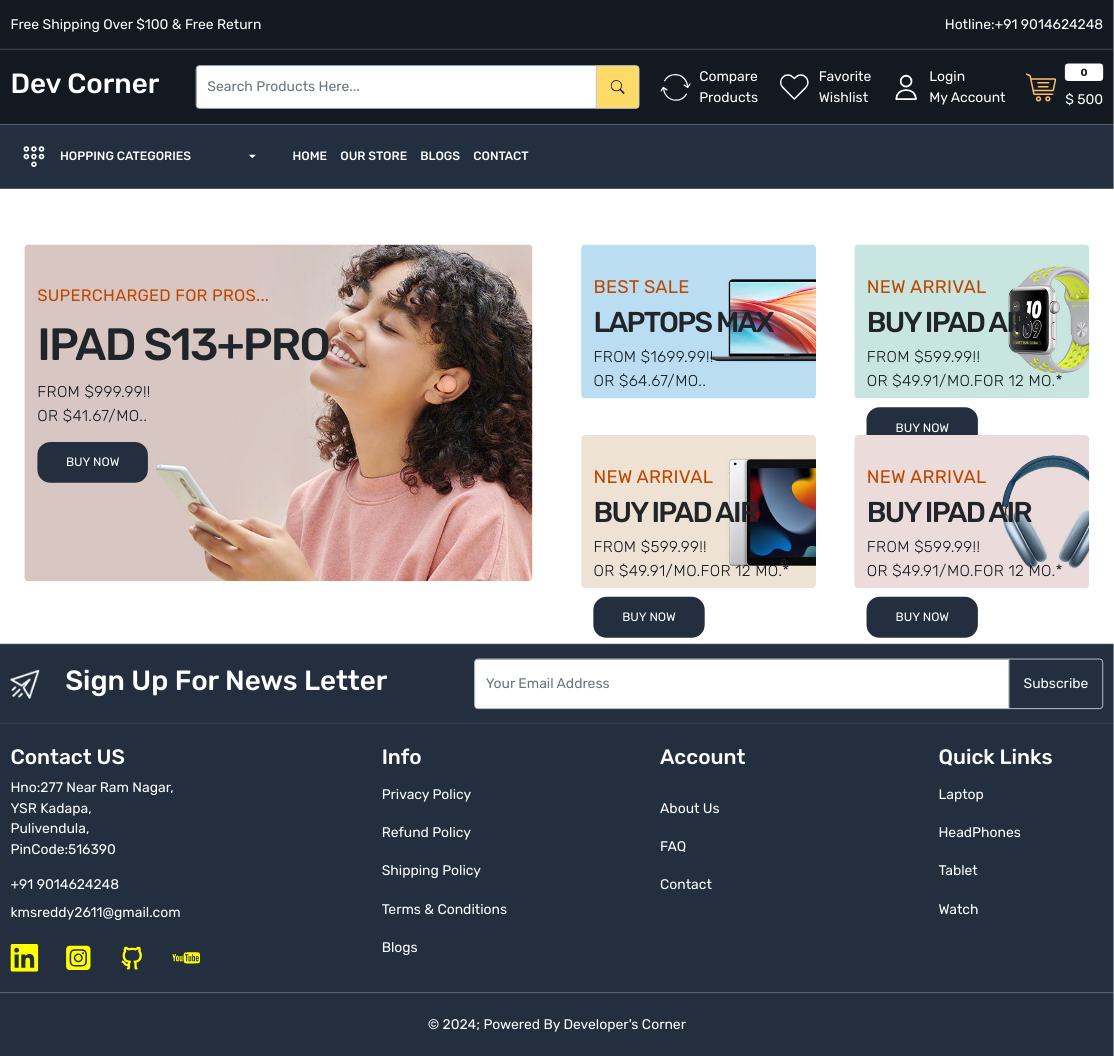
Repository: maniheist/ecommerce-app
Page: /
These files come from the project's save history. The page is drawn as it stood at one moment and after the next save; the edit follows.
The browser window is 1280 px wide. The pictures show the whole page, at 87% of full size.
The project was rebuilt for these pictures with package versions that can differ from the ones it lists, and the page was loaded fresh each time. Also part of the build but not shown: src/pages/About.js, src/pages/Contact.js.

Above is the page before, as saved 2024-02-18 18:59:19.

### public/index.html
<!DOCTYPE html>
<html lang="en">
  <head>
    <meta charset="utf-8" />
    <link rel="icon" href="%PUBLIC_URL%/favicon.ico" />
    <meta name="viewport" content="width=device-width, initial-scale=1" />
    <meta name="theme-color" content="#000000" />
    <meta
      name="description"
      content="Web site created using create-react-app"
    />
    <link rel="apple-touch-icon" href="%PUBLIC_URL%/logo192.png" />

    <link rel="preconnect" href="https://fonts.googleapis.com" />
    <link rel="preconnect" href="https://fonts.gstatic.com" crossorigin />
    <link
      href="https://fonts.googleapis.com/css2?family=Rubik:ital,wght@0,300..900;1,300..900&display=swap"
      rel="stylesheet"
    />
    <link
      href="https://cdn.jsdelivr.net/npm/bootstrap@5.0.2/dist/css/bootstrap.min.css"
      rel="stylesheet"
      integrity="sha384-EVSTQN3/azprG1Anm3QDgpJLIm9Nao0Yz1ztcQTwFspd3yD65VohhpuuCOmLASjC"
      crossorigin="anonymous"
    />
    <link rel="manifest" href="%PUBLIC_URL%/manifest.json" />

    <title>React Redux App</title>
  </head>
  <body>
    <noscript>You need to enable JavaScript to run this app.</noscript>
    <div id="root"></div>
    <script
      src="https://cdn.jsdelivr.net/npm/bootstrap@5.0.2/dist/js/bootstrap.bundle.min.js"
      integrity="sha384-MrcW6ZMFYlzcLA8Nl+NtUVF0sA7MsXsP1UyJoMp4YLEuNSfAP+JcXn/tWtIaxVXM"
      crossorigin="anonymous"
    ></script>
  </body>
</html>

### src/index.js
import React from 'react';
import { createRoot } from 'react-dom/client';

import App from './App';

const container = document.getElementById('root');
const root = createRoot(container);

root.render(

      <App />

);

### src/App.js
import React from 'react';
import './App.css';
import {BrowserRouter,Routes,Route} from "react-router-dom";
import Layout from "./components/Layout";
import Home from "./pages/Home"
import About from "./pages/About"
import Contact from "./pages/Contact"

function App() {
  return (
    <>
      <BrowserRouter>
        <Routes>
        <Route path="/" element={<Layout />}>
<Route index element={<Home />} />
<Route path="about" element={<About />}/>
<Route path="contact" element={<Contact />}/>


        </Route>

        </Routes>
      </BrowserRouter>
    </>

  );
}

export default App;

### src/App.css
*{
  margin:0;
  padding:0;
  box-sizing:border-box;
}
:root{
  --color-131921:#131921;
  --color-3b4149:#3b4149;
--color-febd69:#fedb69;
--color-232f3e:#232f3e;
--color-bf4800:#bf4800;

}

.button{
  background-color:var(--color-232f3e) ;
  color: white;
  padding: 13px 33px;
  font-size: 14px;
  border-radius: 15px;
}
.button:hover{
  background-color: var(--color-febd69);
  color:#131921
}
body {
  font-family:"Rubik", sans-serif;
}
a {
  text-decoration:none;
  display:inline-block;
}

.form-control:focus{
  box-shadow:none;
  border-color: inherit;
}

/*header part*/
.header-top-strip{
  border-bottom: 1px solid var(--color-3b4149);
  background-color:var(--color-131921) ;
}

.header-upper{
  background-color: var(--color-131921);
}

.header-bottom{
  background-color: var(--color-232f3e);
}

.header-upper .input-group-text{
  background-color: var(--color-febd69);
}

.header-upper.header-upper-links img{
  width:35px;
  height: 35px;
}

.gap-10{
  gap: 10px;
}

.gap-15{
  gap: 15px;
}

.gap-30{
  gap: 30px;
}
.header-bottom .menu-links a,
.header-bottom .dropdown button
{
  color: white;
  font-size: 14px;
  line-height: 18px;
  font-weight: 480;
  letter-spacing:0.3;
  text-transform: uppercase;
}

.header-bottom .dropdown button:focus{
  box-shadow: none;
}

.header-bottom .dropdown-menu{
  background-color: var(--color-131921);
  width:100%;
  transform: translate3d(0px,57px,0px) !important;
}

.header-bottom .dropdown-item{
  padding:20px;
  margin-bottom: 3px;
  border-bottom: 1px solid var(--color-3b4149)
  ;

}
.header-bottom .dropdown-item:hover{
  background-color: transparent;
  color: var(--color-febd69) !important;
}
/*header part end */


/*footer part  */

footer{
  background-color: var(--color-232f3e);
}



footer:not(:first-child){
  border-top:1px solid rgba(255,255,255,0.1);

}

footer .input-group-text{
  background-color: var(--color-232f3e);
  color:white;
  padding:8px 17px;
}
/* footer part end */

/*Home page*/

.main-banner-content{
  top:15%;
  left:5%;
}

.main-banner-content h4{

  font-size: 19px;
  font-weight: 400;
  line-height: 24px;
  color:var(--color-bf4800);
  margin: 0 0 12px;
  letter-spacing: 0.3px;
  text-transform: uppercase;

}

.main-banner-content h5{
  font-size: 52px;
  font-weight: 500;
  line-height: 64px;
  letter-spacing: -2px;
  text-transform: none;

}

.main-banner-content p{
  font-size: 18px;
  line-height: 28px;
  letter-spacing: 0.4px;
  font-weight: 100;
  color: var(--color-131921);
}


.small-banner-content{
  top:25%;
  left:10%;
}

.small-banner-content h4{

  font-size: 21px;
  font-weight: 400;
  line-height: 24px;
  color:var(--color-bf4800);
  margin: 0 0 12px;
  letter-spacing: 0.3px;
  text-transform: uppercase;
}
.small-banner-content h5{
  font-size: 33px;
  font-weight: 500;
  line-height: 34px;
  letter-spacing: -2px;
  text-transform: none;

}

.small-banner-content p{
  font-size: 18px;
  line-height: 28px;
  letter-spacing: 0.4px;
  font-weight: 100;
  color: var(--color-131921);
}

.small-banner{
  width: 49%;

}
/* Home Page End */

### src/components/Layout.js
import React from 'react'
import {Outlet} from "react-router-dom";
import Header from "./Header";
import Footer from "./Footer";
const Layout = () => {
  return (
    <>
            <Header />
            <Outlet />
            <Footer />

    </>
  )
}

export default Layout

### src/pages/Home.js
import React from 'react'
import {Link} from 'react-router-dom';
const Home = () => {
  return <>
    <section className='home-wrapper-1 py-5'>
      <div className='container-xxl'>
      <div className='row'>
        <div className='col-6'>
          <div className='main-banner position-relative p-3'>
            <img src='images/main-banner-1.jpg' className='img-fluid rounded-3' alt='main banner' />
            <div className='main-banner-content position-absolute'>
              <h4>SUPERCHARGED FOR PROS...</h4>
              <h5>IPAD S13+PRO</h5>
              <p>FROM $999.99!! <br /> OR $41.67/MO..</p>
              <Link className='button'>BUY NOW</Link>
            </div>


          </div>
        </div>
        <div className='col-6'>
          <div className='d-flex flex-wrap gap-10 justify-content-between align-items-center'>
             <div className='small-banner position-relative p-3'>
            <img src='images/catbanner-01.jpg' className='img-fluid rounded-3' alt='small banner' />
            <div className='small-banner-content position-absolute'>
              <h4>BEST SALE</h4>
              <h5>LAPTOPS MAX</h5>
              <p>FROM $1699.99!!<br />OR $64.67/MO..</p>
            </div>

          </div>



          <div className='small-banner position-relative p-3'>
            <img src='images/catbanner-02.jpg' className='img-fluid rounded-3' alt='small banner' />
            <div className='small-banner-content position-absolute'>
              <h4>NEW ARRIVAL</h4>
              <h5>BUY IPAD AIR</h5>
              <p>FROM $599.99!!<br />OR $49.91/MO.FOR 12 MO.*</p>
              <Link className='button'>BUY NOW</Link>
            </div>

          </div>
          <div className='small-banner position-relative p-3'>
            <img src='images/catbanner-03.jpg' className='img-fluid rounded-3' alt='small banner' />
            <div className='small-banner-content position-absolute'>
              <h4>NEW ARRIVAL</h4>
              <h5>BUY IPAD AIR</h5>
              <p>FROM $599.99!!<br />OR $49.91/MO.FOR 12 MO.*</p>
              <Link className='button'>BUY NOW</Link>
            </div>

          </div>
          <div className='small-banner position-relative p-3'>
            <img src='images/catbanner-04.jpg' className='img-fluid rounded-3' alt='small banner' />
            <div className='small-banner-content position-absolute'>
              <h4>NEW ARRIVAL</h4>
              <h5>BUY IPAD AIR</h5>
              <p>FROM $599.99!!<br />OR $49.91/MO.FOR 12 MO.*</p>
              <Link className='button'>BUY NOW</Link>
            </div>

          </div>
          </div>
          </div>
        </div>
      </div>
    </section>
  </>
}

export default Home

### src/components/Header.js
import React from 'react'
import {NavLink,Link} from "react-router-dom"
import {BsSearch} from "react-icons/bs"
const Header = () => {
  return <>
  <header className='header-top-strip py-3'>
    <div className='container-xxl'>
      <div className='row'>
        <div className='col-6'>
          <p className='text-white mb-0'>Free Shipping Over $100 & Free Return</p>
        </div>
        <div className='col-6'>
          <p className='text-end text-white mb-0'>
            Hotline:
            <a className='text-white' href='tel:+9014624248'>+91 9014624248</a>
          </p>
        </div>
      </div>
    </div>
  </header>
  <header className='header-upper py-3'>
    <div className='container-xxl'>
      <div className='row align-items-center'>
        <div className='col-2'>
          <h2><Link className='text-white'>
            Dev Corner
          </Link></h2>
        </div>
        <div className='col-5'>
          <div className="input-group">
  <input type="text" className="form-control py-2" placeholder="Search Products Here..." aria-label="Search Products Here..." aria-describedby="basic-addon2"/>
  <span className="input-group-text p-3" id="basic-addon2"><BsSearch className='fs-6' /></span>
</div>
        </div>
        <div className='col-5'>
          <div className='header-upper-links d-flex align-items-center justify-content-between'>
            <div>
              <Link className='d-flex align-items-center gap-10 text-white'>
              <img src="/images/compare.svg" alt='compare' />
                <p className='mb-0'>Compare <br /> Products</p>
              </Link>
            </div>
            <div>
              <Link className='d-flex align-items-center gap-10 text-white'>
              <img src="/images/wishlist.svg" alt='wishlist' />
                <p className='mb-0'>Favorite <br /> Wishlist</p>
              </Link>
            </div>
            <div>
              <Link className='d-flex align-items-center gap-10 text-white'>
              <img src="/images/user.svg" alt='user' />
                <p className='mb-0'>Login <br /> My Account</p>
              </Link>
            </div>
            <div>
              <Link className='d-flex align-items-center gap-10 text-white'>
            <img src="/images/cart.svg" alt='cart' />
                <div className='d-flex flex-column gap-10'>
                <span className='badge bg-white text-dark'>0</span>
                <p className='mb-0'>$ 500</p>

                </div>
              </Link>
            </div>
          </div>
        </div>
      </div>
    </div>
  </header>
<header className='header-bottom py-3'>
  <div className='container-xxl'>
    <div className='row'>
      <div className='col-12'>
        <div className='menu-bottom d-flex align-items-center gap-30'>
        <div>
          <div className="dropdown">
  <button className="btn btn-secondary dropdown-toggle bg-transparent border-0 gap-15 d-flex align-items-center" type="button" id="dropdownMenuButton1" data-bs-toggle="dropdown" aria-expanded="false">
    <img src="images/menu.svg" alt=""/><span className='me-5 d-inline-blocto'>hopping Categories</span>
  </button>
  <ul className="dropdown-menu" aria-labelledby="dropdownMenuButton1">
    <li><to className="dropdown-item text-white" to="">Pants</to></li>
    <li><to className="dropdown-item text-white" to="">Shirts</to></li>
    <li><to className="dropdown-item text-white" to="">Shorts</to></li>
  </ul>
</div>
        </div>
        <div className='menu-links'>
          <div className='d-flex align-items-center gap-15'>
            <NavLink className='text-white' to="/">Home</NavLink>
            <NavLink className='text-white' to="/">Our Store</NavLink>
            <NavLink className='text-white' to="/">Blogs</NavLink>
            <NavLink className='text-white' to="/contact">Contact</NavLink>
          </div>
        </div>

        </div>
      </div>
    </div>
  </div>
</header>


  </>
}

export default Header

### src/components/Footer.js

import React from 'react'
import { SiLinkedin } from "react-icons/si";
import { RiGithubLine } from "react-icons/ri";
import { ImYoutube2 } from "react-icons/im";
import { FaSquareInstagram } from "react-icons/fa6";
import {Link} from 'react-router-dom';
const Footer = () => {
  return <>
    <footer className='py-3'>
        <div className='container-xxl'>
            <div className='row align-items-center'>
                <div className='col-5'>
                    <div className='footer-top-data d-flex gap-30 align-items-center'>
                        <img src="images/newsletter.png" alt="newsletter" />
                        <h2 className='text-white'>Sign Up For News Letter</h2>
                    </div>
                </div>
                <div className='col-7'>
                    <div className="input-group">
  <input type="text" className="form-control py-1" placeholder="Your Email Address" aria-label="Your Email Address..." aria-describedby="basic-addon2"/>
  <span className="input-group-text p-3" id="basic-addon2">Subscribe</span>
</div>
                </div>
            </div>
        </div>
    </footer>
    <footer className='py-4'>
        <div className='container-xxl'>
            <div className="row">
                <div className='col-4'>
                <h4 className="text-white">Contact US</h4>
                <div>
                    <address className='text-white fs-6'>Hno:277 Near Ram Nagar,
                    <br />YSR Kadapa, <br />Pulivendula,<br />PinCode:516390</address>

                    <a href='tel:+91 9014624248' className='mt-3 d-block mb-1 text-white'>+91 9014624248</a>
                    <a href='mailto:kmsreddy2611@gmail.com' className='mt-2 d-block mb-0 text-white'>kmsreddy2611@gmail.com</a>
                    <div className='social_icons d-flex align-items-center gap-30 mt-4'>
                    <a className="text-white" href=''>
                    <SiLinkedin className='fs-2' color="yellow"/>
                    </a>
                    <a className="text-white" href=''>
                    <FaSquareInstagram className='fs-2' color='yellow'/>
                    </a>

                    <a className="text-white" href=''>
                    <RiGithubLine className='fs-2' color='yellow'/>

                    </a>
                    <a className="text-white" href=''>
                    <ImYoutube2  className='fs-2' color="yellow"/>
                    </a>

                    </div>

                </div>
                </div>
                <div className='col-3'>
                <h4 className="text-white md-4">Info</h4>
                <div className='footer-links d-flex flex-column'>
                    <Link className="text-white py-2 mb-1">Privacy Policy</Link>
                    <Link className="text-white py-2 mb-1">Refund Policy</Link>
                    <Link className="text-white py-2 mb-1">Shipping Policy</Link>
                    <Link className="text-white py-2 mb-1">Terms & Conditions</Link>
                    <Link className="text-white py-2 mb-1">Blogs</Link>
                </div>
                </div>
                <div className='col-3'>
                <h4 className="text-white mb-4">Account</h4>
                <div className='footer-links d-flex flex-column'>
                    <Link className="text-white py-2 mb-1">About Us</Link>
                    <Link className="text-white py-2 mb-1">FAQ</Link>
                    <Link className="text-white py-2 mb-1">Contact</Link>
                </div>
                </div>
                <div className='col-2'>
                <h4 className="text-white">Quick Links</h4>
                <div className='footer-links d-flex flex-column'>
                    <Link className="text-white py-2 mb-1">Laptop</Link>
                    <Link className="text-white py-2 mb-1">HeadPhones</Link>
                    <Link className="text-white py-2 mb-1">Tablet</Link>
                    <Link className="text-white py-2 mb-1">Watch</Link>
                </div>
                </div>
            </div>
        </div>
    </footer>
    <footer className='py-4'>
        <div className='container-xxl'>
            <div className='row'>
                <div className='col-12'>
                <p className='text-center mb-0 text-white'>&copy; { new Date().getFullYear()}; Powered By Developer's Corner</p>

                </div>
            </div>
        </div>
    </footer>
  </>


}

export default Footer

After the next save:
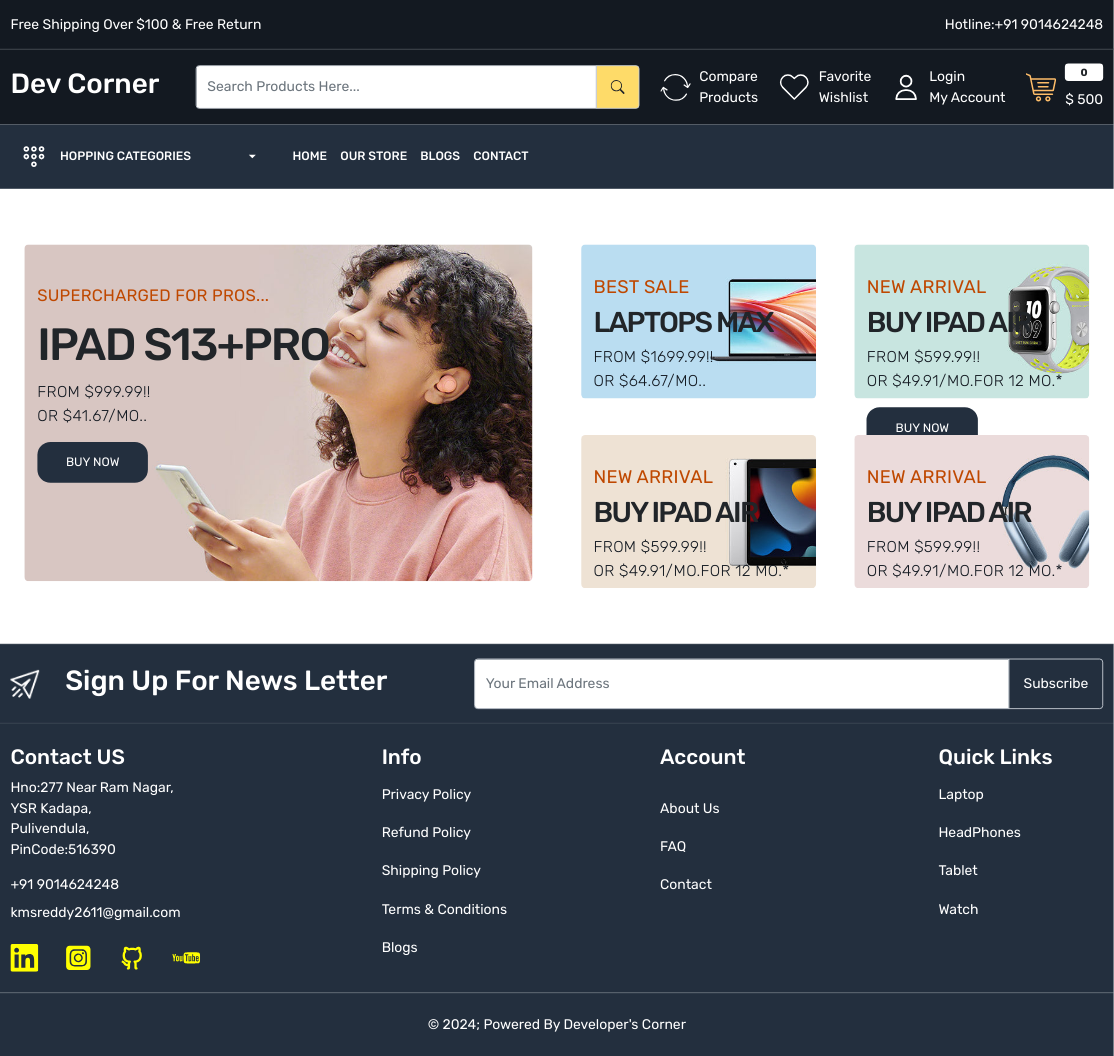
Saved 69 s later.
--- a/src/pages/Home.js
+++ b/src/pages/Home.js
@@ -48,7 +48,6 @@
               <h4>NEW ARRIVAL</h4>
               <h5>BUY IPAD AIR</h5>
               <p>FROM $599.99!!<br />OR $49.91/MO.FOR 12 MO.*</p>
-              <Link className='button'>BUY NOW</Link>
             </div>
 
           </div>
@@ -58,7 +57,6 @@
               <h4>NEW ARRIVAL</h4>
               <h5>BUY IPAD AIR</h5>
               <p>FROM $599.99!!<br />OR $49.91/MO.FOR 12 MO.*</p>
-              <Link className='button'>BUY NOW</Link>
             </div>
 
           </div>
